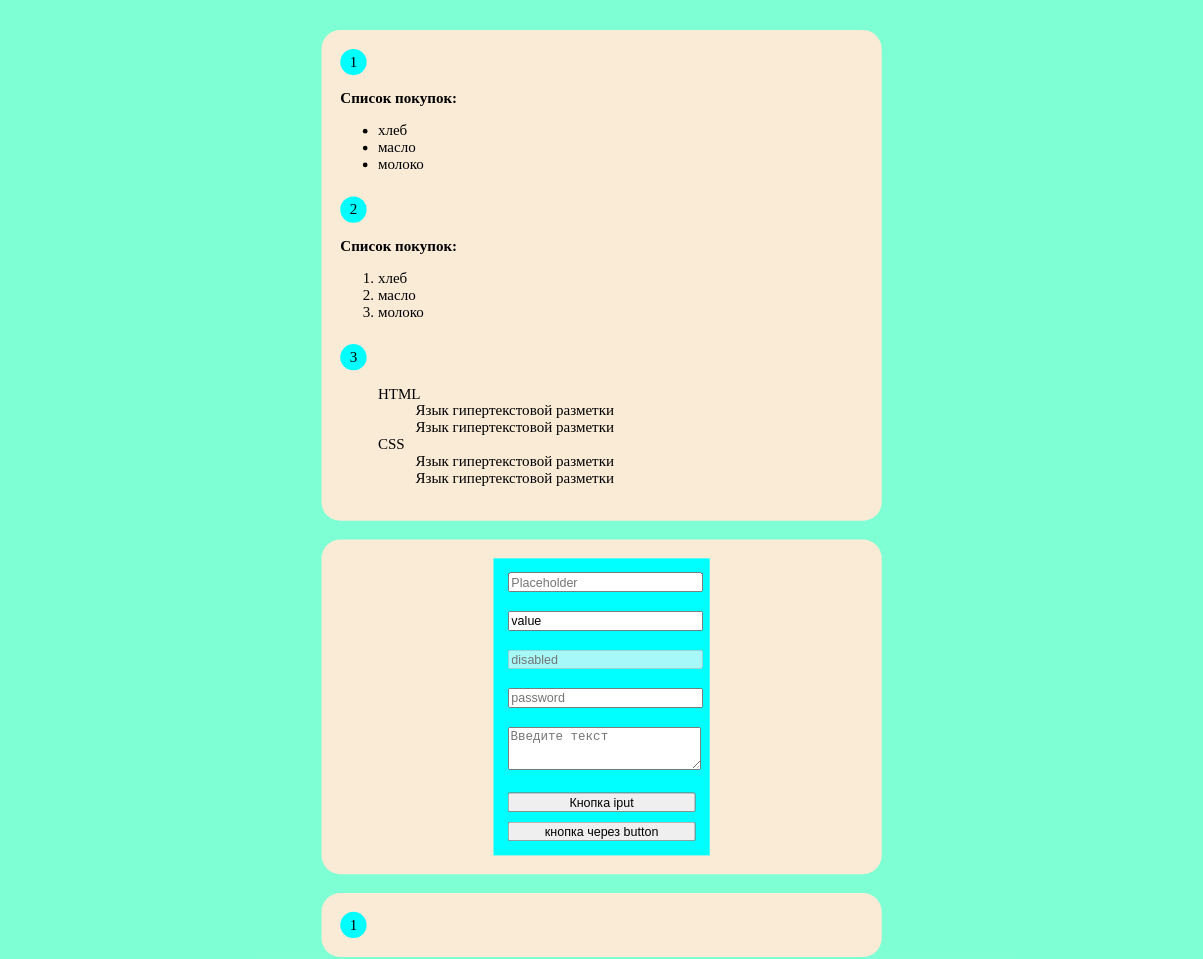
Repository: Savich01/-
Page: html/index.html
These files come from the project's save history. The page is drawn as it stood at one moment and after the next save; the edit follows.
The browser window is 1280 px wide. The pictures show the whole page, at 94% of full size.

Above is the page before, as saved 2024-05-31 15:35:25.

After the next save:
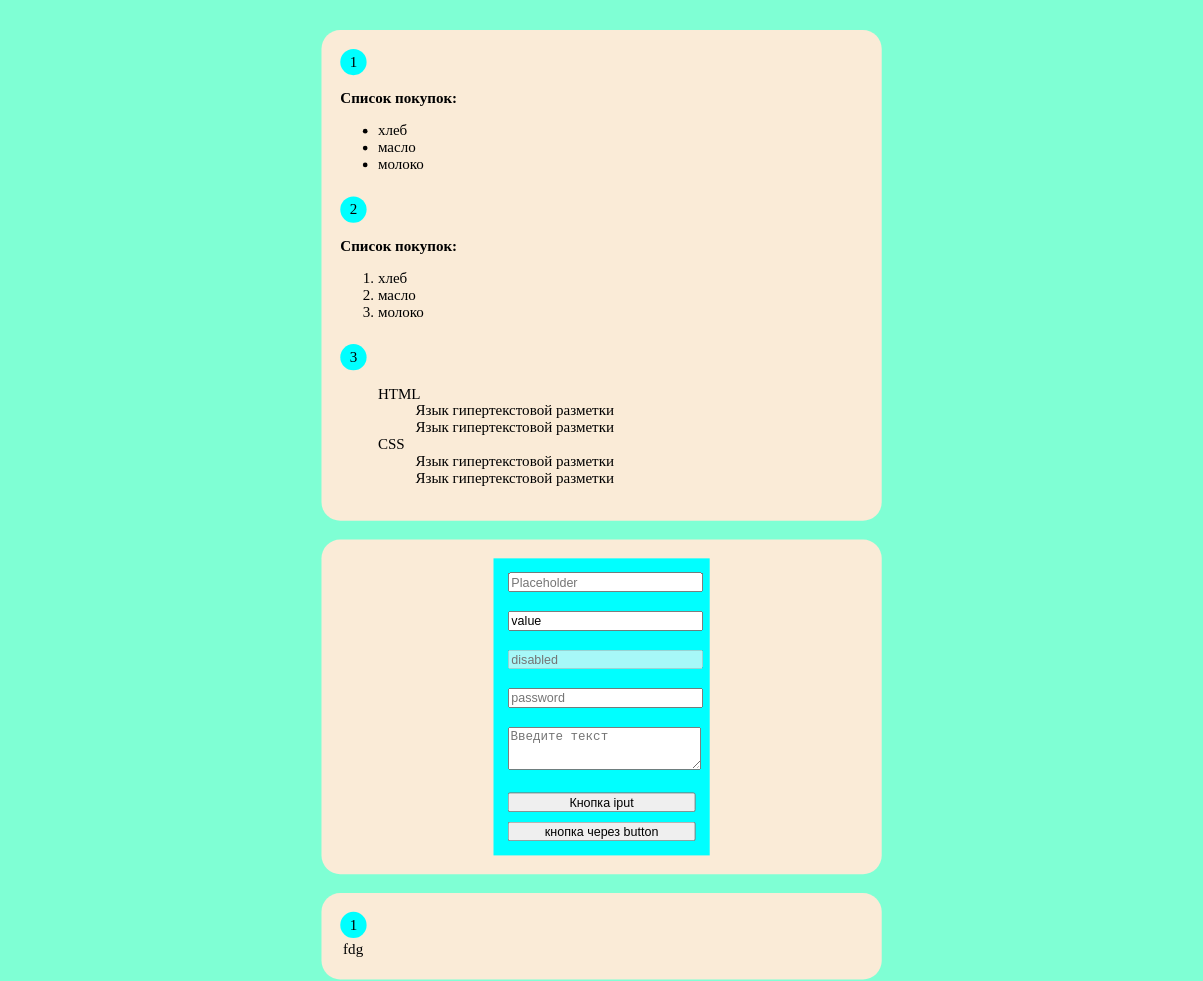
Saved 21 s later.
--- a/html/index.html
+++ b/html/index.html
@@ -65,6 +65,9 @@
 
             <section class="section-3">
                 <div class="block">1</div>
+                <table class="table">
+                    <td>fdg</td>
+                </table>
             </section>
         </div>
     </main>
